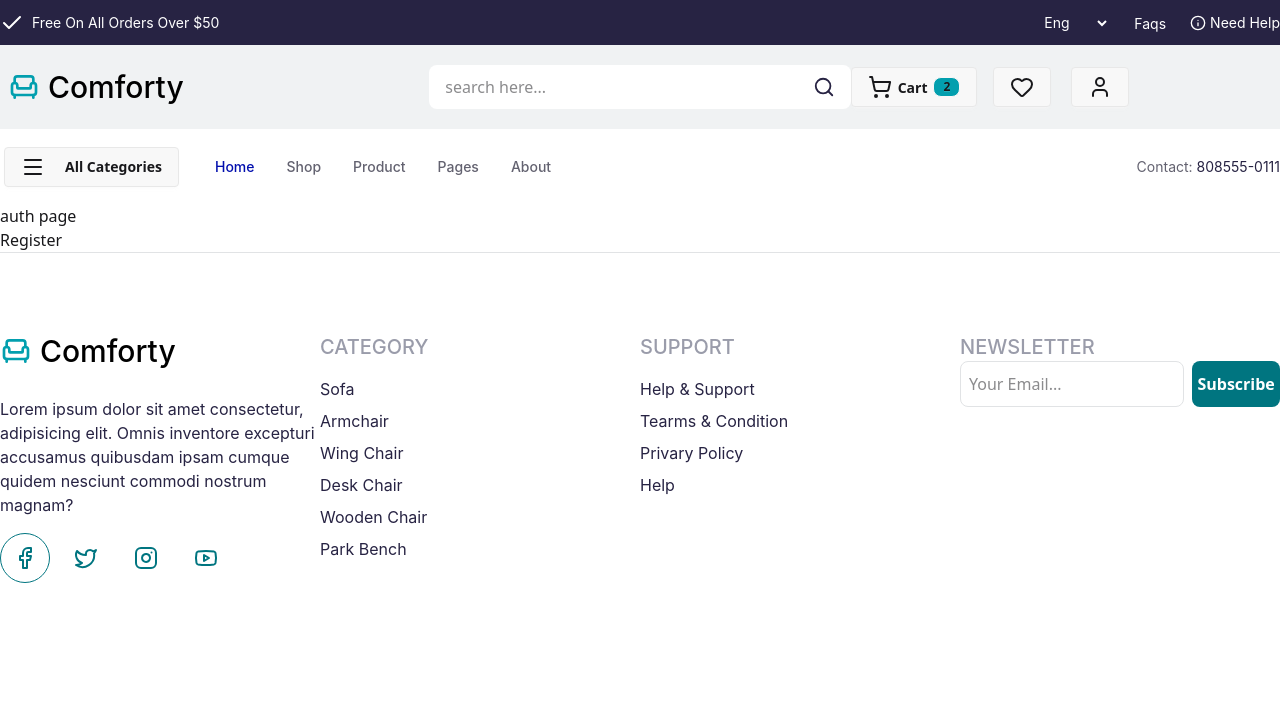
Repository: Neda0o0/store-template-website
Page: /auth/register
These files come from the project's save history. The page is drawn as it stood at one moment and after the next save; the edit follows.
The browser window is 1280 px wide. The pictures show the whole page.
The project was rebuilt for these pictures with package versions that can differ from the ones it lists, and the page was loaded fresh each time. Also part of the build but not shown: vite.config.js, src/components/Banner/Banner.jsx, src/components/Delivery/Delivery.jsx, src/components/Brand/Brand.jsx, src/components/SectionTitle/SectionTitle.jsx, src/components/Features/Features.jsx, src/components/Categories/Categories.jsx, src/components/Product/Product.jsx and 6 more.

Above is the page before, as saved 2025-10-27 17:12:36.

After the next save:
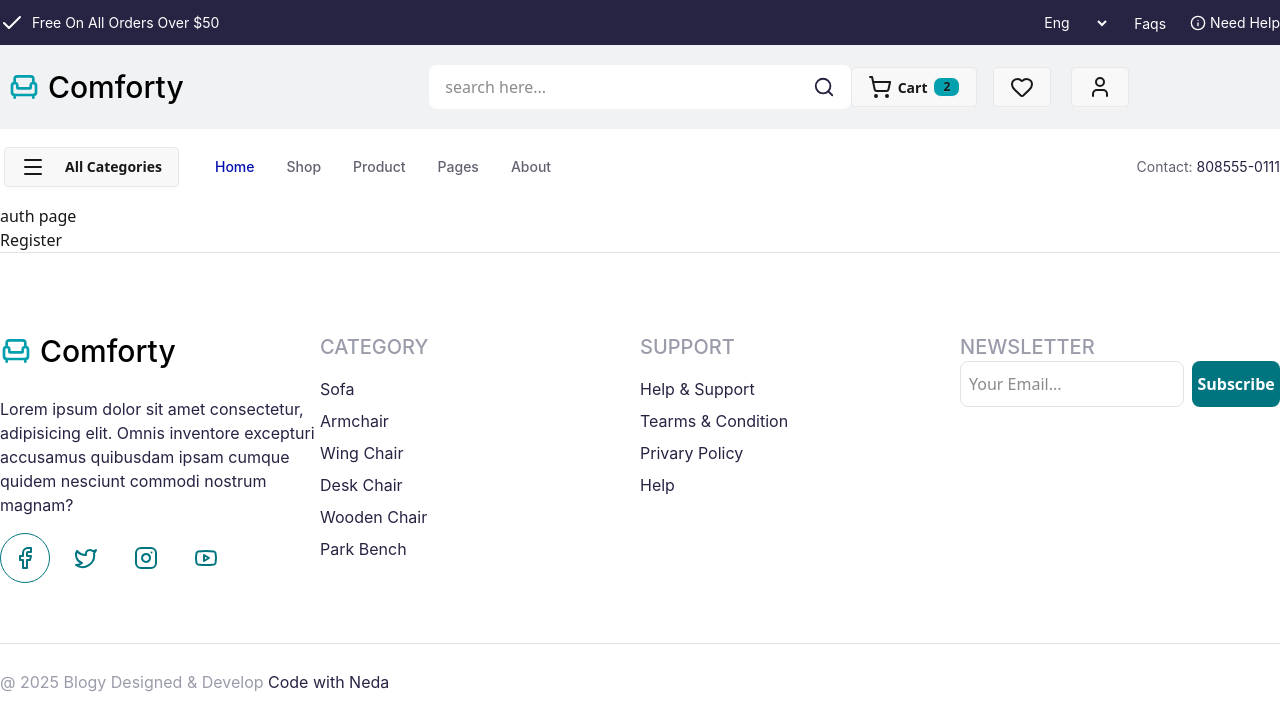
Saved 6 min 2 s later.
--- a/src/components/Footer/Footer.jsx
+++ b/src/components/Footer/Footer.jsx
@@ -4,7 +4,7 @@ import { Link } from "react-router";
 const Footer = () => {
   return (
     <footer>
-      <div className="footer_top mx-h-[343px] w-full border-t border-[#e1e3e5] pt-[80px] pb-[60px]">
+      <div className="footer_top mx-h-[343px] w-full border-t border-b border-[#e1e3e5] pt-[80px] pb-[60px]">
         <div className="lg:container mx-auto">
           <div className="grid grid-cols-4">
             <div>
@@ -128,7 +128,18 @@ const Footer = () => {
         </div>
       </div>
 
-      <div className="footer_bottom w-full h-[75px] "></div>
+      <div className="footer_bottom w-full h-[75px] flex items-center">
+        <div className="lg:container mx-auto">
+          <div className="grid grid-cols-2 items-center">
+            <div>
+              <p className="text-base text-[#9a9caa] font-inter font-normal">
+                @ 2025 Blogy Designed & Develop{" "}
+                <span className="text-[#272343] ">Code with Neda</span>
+              </p>
+            </div>
+          </div>
+        </div>
+      </div>
     </footer>
   );
 };
